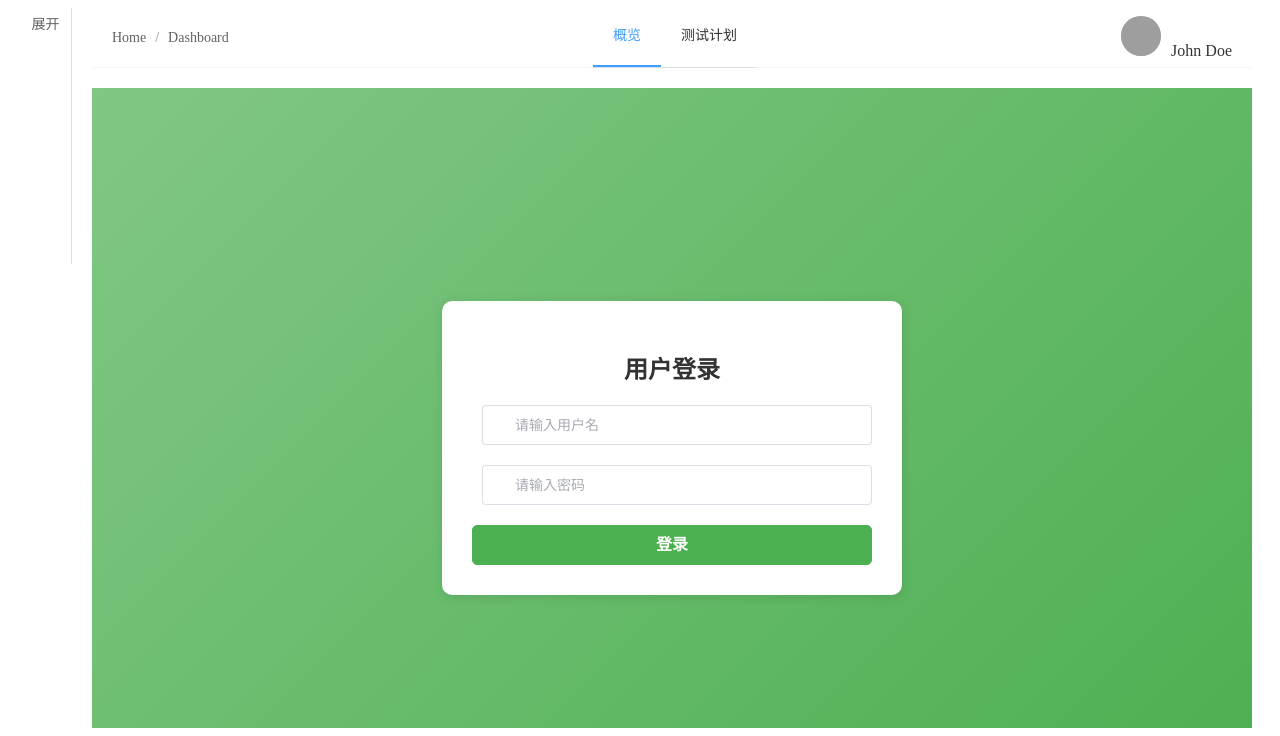
Repository: IsHexx/VerityX
Page: /login (app in front/)
These files come from the project's save history. The page is drawn as it stood at one moment and after the next save; the edit follows.
The browser window is 1280 px wide. The pictures show the whole page.
Pictures or frames that could not be fetched are drawn as grey boxes. An inner scrolling area shows only its first screen. The project was rebuilt for these pictures with package versions that can differ from the ones it lists, and the page was loaded fresh each time. Also part of the build but not shown: front/vue.config.js, front/src/views/TestManage/TestPlanPage.vue, front/src/views/TestManage/OverviewPage.vue, front/src/views/ApiTest/ApiManagePage.vue.

Above is the page before, as saved 2024-10-14 09:50:22.

After the next save:
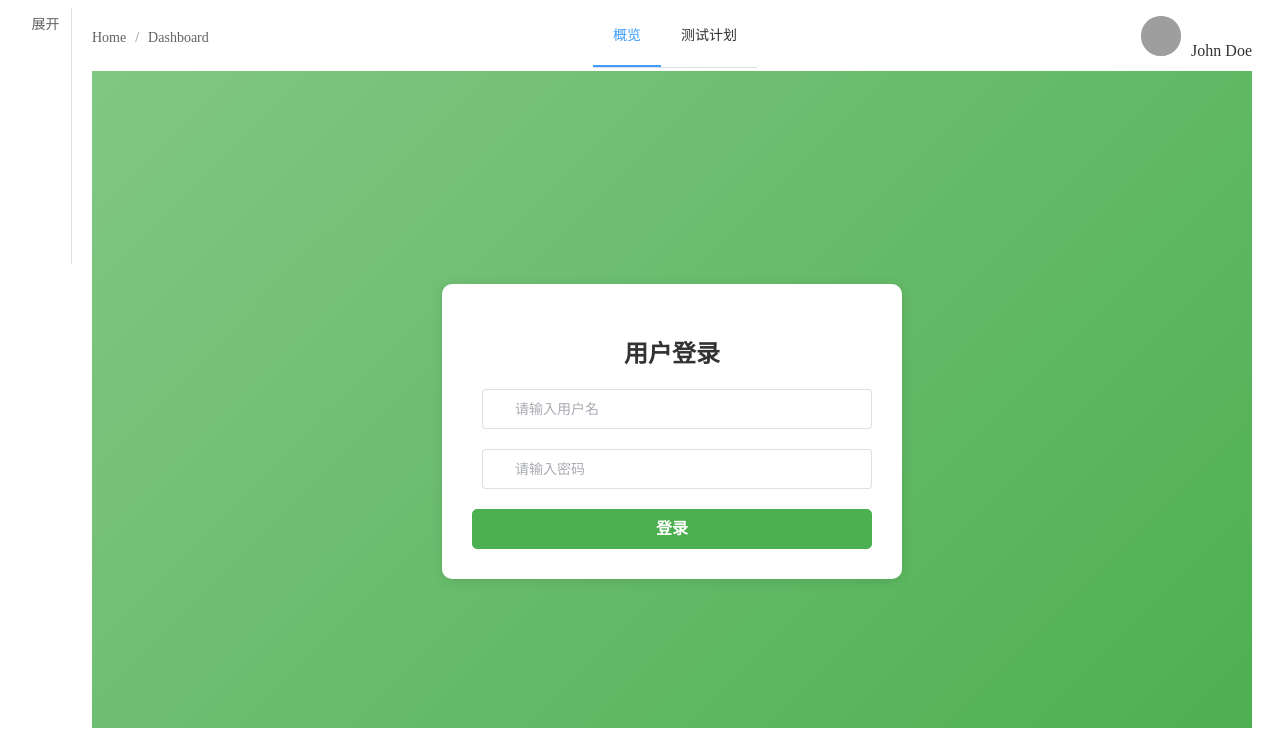
Saved 82 s later.
--- a/front/src/App.vue
+++ b/front/src/App.vue
@@ -68,6 +68,13 @@ export default {
   height: 100%;
 }
 
+.common-layout > .el-container > .el-container > .el-header {
+  background-color: #fff;
+  height: 6%; /* Main 高度等于视口高度减去 Header 的高度 */
+  margin-top: 0px;
+  padding: 0px;
+}
+
 .common-layout > .el-container > .el-container > .el-main {
   background-color: #fff;
   height: calc(100vh - 7%); /* Main 高度等于视口高度减去 Header 的高度 */
